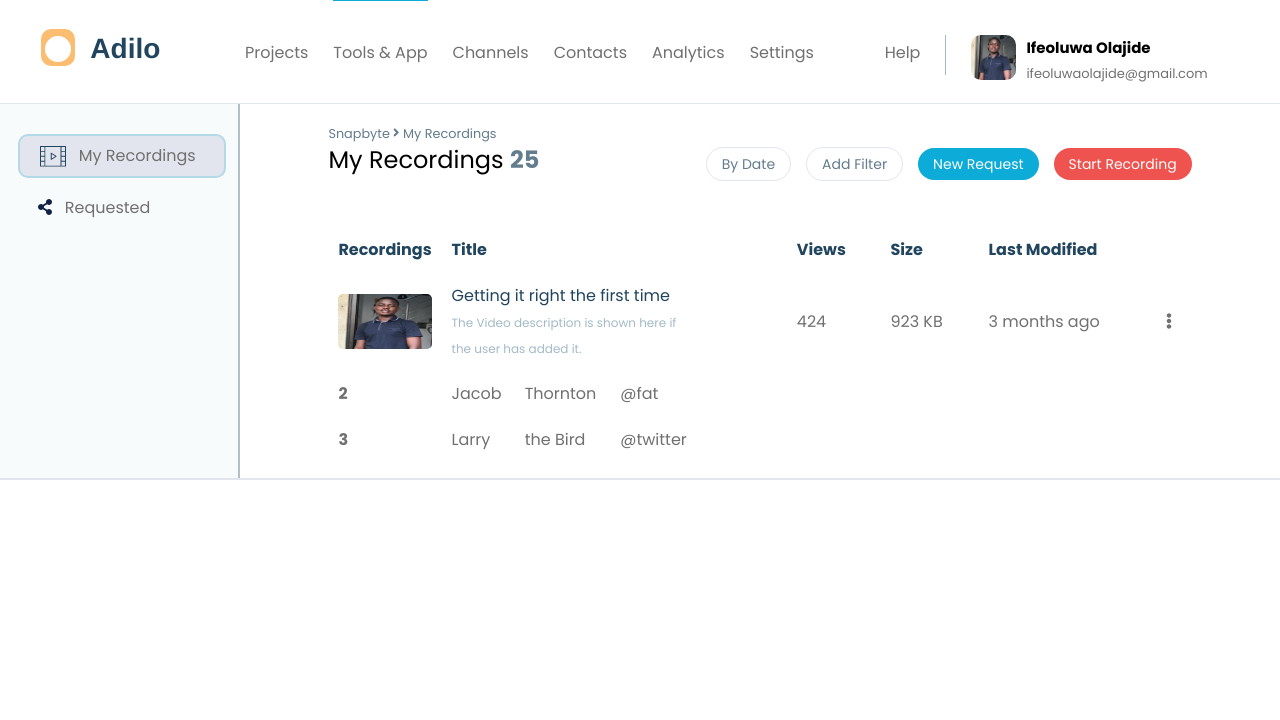
Repository: olhighjay/video_recorder
Page: /
These files come from the project's save history. The page is drawn as it stood at one moment and after the next save; the edit follows.
The browser window is 1280 px wide. The pictures show the whole page.
Some web libraries are served in a nearby version. The project was rebuilt for these pictures with package versions that can differ from the ones it lists, and the page was loaded fresh each time. Also part of the build but not shown: vue.config.js.

Above is the page before, as saved 2022-07-29 08:14:03.

After the next save:
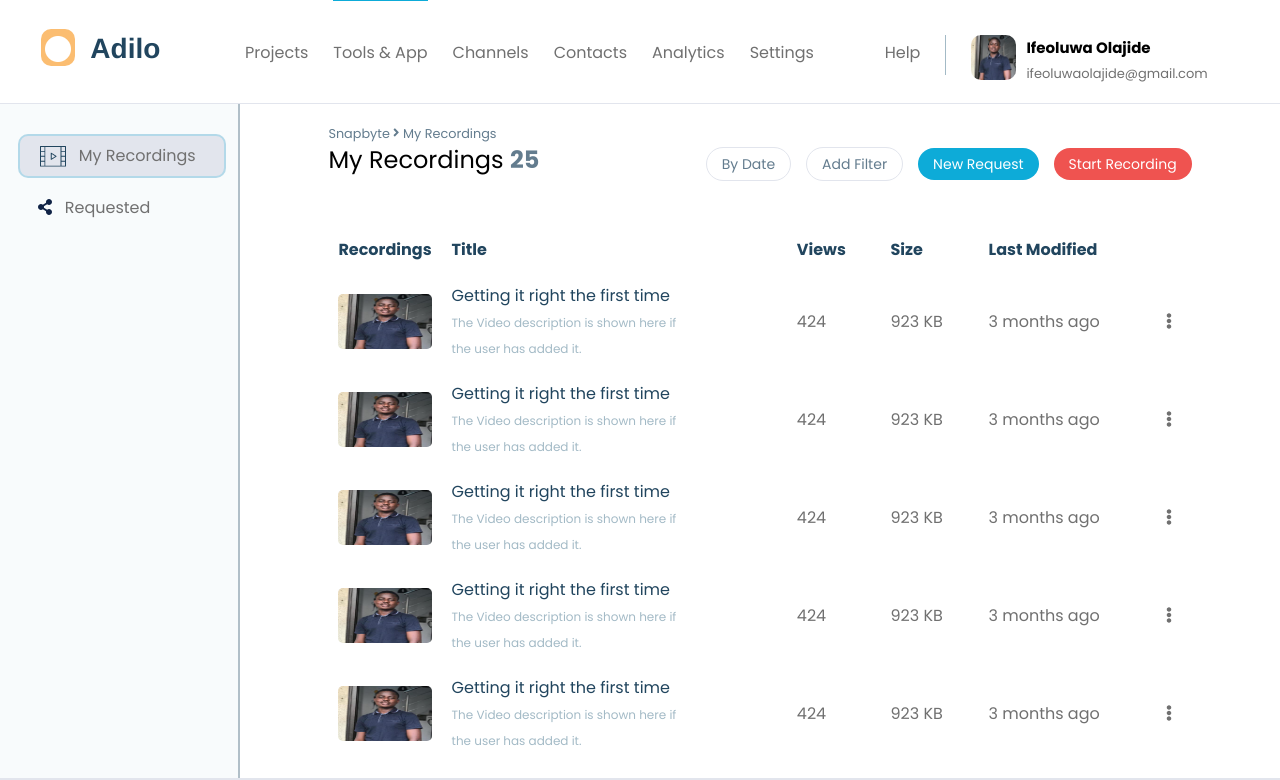
Saved 3 min 58 s later.
--- a/src/App.vue
+++ b/src/App.vue
@@ -56,30 +56,78 @@
   <tbody>
     <tr>
       <td style="width:13%; ">
-        <img alt="Profile Image" src="./assets/profile.jpg" style="width:100%; height:55px; border-radius:5px">
-      </td>
-      <td style="width:30%" colspan="3">
-        <span class="row-col-txt">Getting it right the first time </span> <br />
-        <span class="row-col-subtxt">The Video description is shown here if the user has added it. </span>
-      </td>
-      <td style="width:10%">
-      </td>
-      <td>424</td>
-      <td>923 KB</td>
-      <td>3 months ago</td>
-      <td><i class="fa fa-ellipsis-v"></i></td>
-    </tr>
-    <tr>
-      <th scope="row">2</th>
-      <td>Jacob</td>
-      <td>Thornton</td>
-      <td>@fat</td>
-    </tr>
-    <tr>
-      <th scope="row">3</th>
-      <td>Larry</td>
-      <td>the Bird</td>
-      <td>@twitter</td>
+        <img alt="Profile Image" src="./assets/profile.jpg" class="table-profile-image">
+      </td>
+      <td style="width:30%" colspan="3">
+        <span class="row-col-txt">Getting it right the first time </span> <br />
+        <span class="row-col-subtxt">The Video description is shown here if the user has added it. </span>
+      </td>
+      <td style="width:10%">
+      </td>
+      <td>424</td>
+      <td>923 KB</td>
+      <td>3 months ago</td>
+      <td><i class="fa fa-ellipsis-v"></i></td>
+    </tr>
+    <tr>
+      <td style="width:13%; ">
+        <img alt="Profile Image" src="./assets/profile.jpg" class="table-profile-image">
+      </td>
+      <td style="width:30%" colspan="3">
+        <span class="row-col-txt">Getting it right the first time </span> <br />
+        <span class="row-col-subtxt">The Video description is shown here if the user has added it. </span>
+      </td>
+      <td style="width:10%">
+      </td>
+      <td>424</td>
+      <td>923 KB</td>
+      <td>3 months ago</td>
+      <td><i class="fa fa-ellipsis-v"></i></td>
+    </tr>
+    <tr>
+      <td style="width:13%; ">
+        <img alt="Profile Image" src="./assets/profile.jpg" class="table-profile-image">
+      </td>
+      <td style="width:30%" colspan="3">
+        <span class="row-col-txt">Getting it right the first time </span> <br />
+        <span class="row-col-subtxt">The Video description is shown here if the user has added it. </span>
+      </td>
+      <td style="width:10%">
+      </td>
+      <td>424</td>
+      <td>923 KB</td>
+      <td>3 months ago</td>
+      <td><i class="fa fa-ellipsis-v"></i></td>
+    </tr>
+    <tr>
+      <td style="width:13%; ">
+        <img alt="Profile Image" src="./assets/profile.jpg" class="table-profile-image">
+      </td>
+      <td style="width:30%" colspan="3">
+        <span class="row-col-txt">Getting it right the first time </span> <br />
+        <span class="row-col-subtxt">The Video description is shown here if the user has added it. </span>
+      </td>
+      <td style="width:10%">
+      </td>
+      <td>424</td>
+      <td>923 KB</td>
+      <td>3 months ago</td>
+      <td><i class="fa fa-ellipsis-v"></i></td>
+    </tr>
+    <tr>
+      <td style="width:13%; ">
+        <img alt="Profile Image" src="./assets/profile.jpg" class="table-profile-image">
+      </td>
+      <td style="width:30%" colspan="3">
+        <span class="row-col-txt">Getting it right the first time </span> <br />
+        <span class="row-col-subtxt">The Video description is shown here if the user has added it. </span>
+      </td>
+      <td style="width:10%">
+      </td>
+      <td>424</td>
+      <td>923 KB</td>
+      <td>3 months ago</td>
+      <td><i class="fa fa-ellipsis-v"></i></td>
     </tr>
   </tbody>
 </table>
@@ -208,7 +256,11 @@ th, td {
   color: #A3BAC6;
   line-height: 0;
 }
-
+.table-profile-image {
+  width:100%;
+  height:55px;
+  border-radius:5px;
+}
 
 
 #app {
